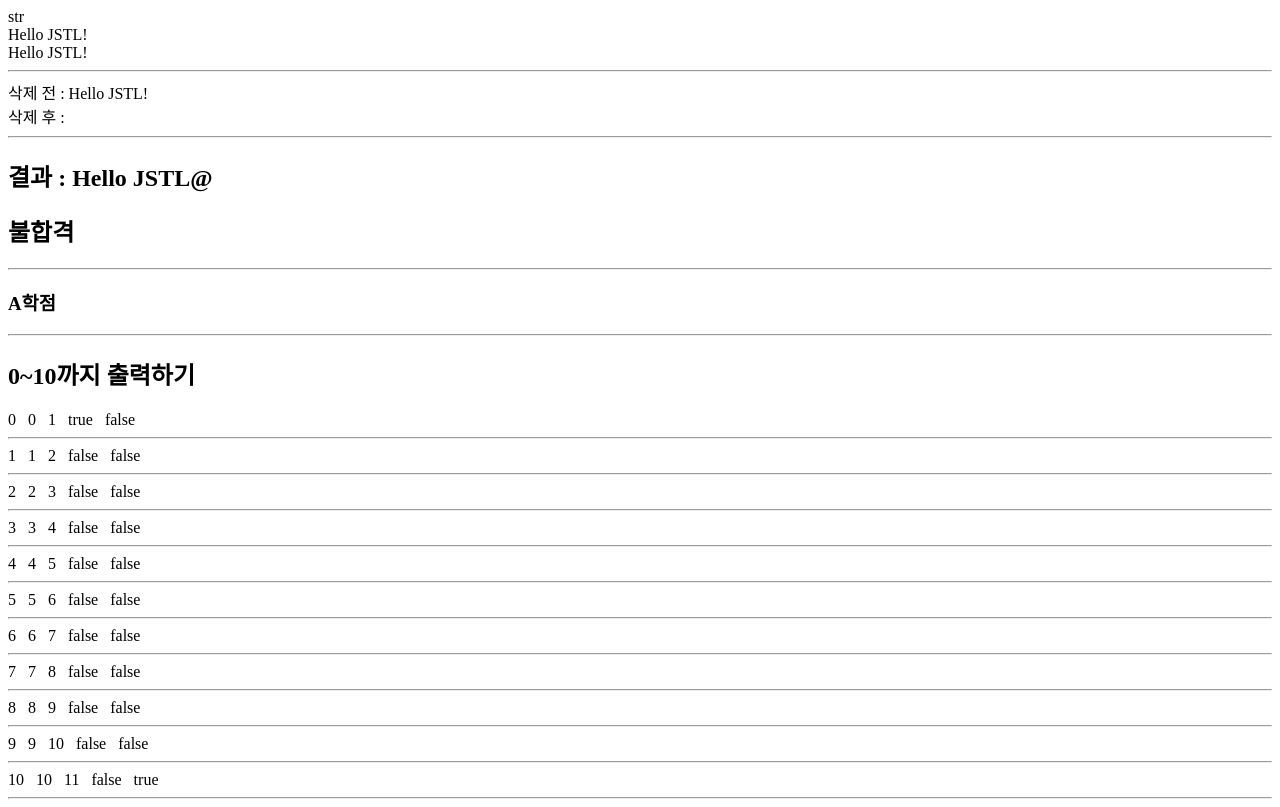
Repository: wjsjsn/23_jspstudy
Page: http://localhost/02_jsp/view/ex13_JSTL.jsp
An editor plug-in stored every save of this project. The page is shown before and after the next save, followed by the edit.
The browser window is 1280 px wide. The pictures show the whole page.
The page is served by Tomcat 9. Other server files are loaded and not shown.

Above is the page before, as saved 2023-07-06 01:02:22.

### 02_jsp/src/main/webapp/view/ex13_JSTL.jsp
<%@ page language="java" contentType="text/html; charset=UTF-8"
    pageEncoding="UTF-8"%>
    <%@ taglib prefix="c" uri="http://java.sun.com/jsp/jstl/core" %>
    <%@ taglib prefix="fmt" uri="http://java.sun.com/jsp/jstl/fmt" %>
<!DOCTYPE html>
<html>
<head>
<meta charset="UTF-8">
<title>JSTL : JSP 표준 태그 라이브러리</title>
</head>
<body>
<%--
	1. 라이브러리 다운 받아서 해당 프로젝트에 넣기(tomcat.apache.org)
	2. 다운받은 라이브러리를 WEB-INF 안에 lib 폴더 안에 넣기
	3. 지시어 중 taglib를 선언하고 정의하기
	  <%@ taglib prefix="c" uri="http://java.sun.com/jsp/jstl/core" %>
      <%@ taglib prefix="fmt" uri="http://java.sun.com/jsp/jstl/fmt" %>
      - core(코어) : <c: 명령어>
      - fmt(국제화 = 숫자, 날짜) : <fmt: 명령어>
 --%>

 <%-- 변수 생성 및 데이터 저장 : 기본이 pageContext에 저장됨 --%>
 <%-- 변수 생성(set) => <c:set var="변수 명" value="데이터" /> --%>
 <c:set var="str" value="Hello JSTL!" />

 <%-- 변수 출력(out) => <c:out value="출력할 내용 또는 EL 표시(변수값 출력)" /> --%>
 <c:out value=" str" /><br>
 <c:out value="${str}" /><br>
 ${str}<br>
<hr>

삭제 전 : ${str}<br>
<%-- EL 사용하는 거 아님(value값이 아니라서) --%>
<c:remove var="str"/>
삭제 후 : ${str}<br>
<hr>

<%--
	if문 : esle문이 없음
	       조건식이 참일 때만 실행
            <c:if test="조건식(관계연산, 비교연산 => EL 방식으로 작성)" var="변수">
            	조건식이 참일 때 실행할 내용
            </c:if>
 --%>
<c:if test="${4>3}">
	<h2> 결과 : Hello JSTL@</h2>
</c:if>

<%-- avg가 80 이상이면 합격 --%>
<c:set var="avg" value="79"></c:set>
<c:if test="${avg >= 80}">
	<h2>합격</h2>
</c:if>
<c:if test="${avg < 80}">
	<h2>불합격</h2>
</c:if>
<hr>

<%--
	if문은 esle가 없어서 불편할 때가 있음
	이것을 대신하는 것이 choose문
	switch문과 비슷
	 <c:choose >
	 	<c:when test="조건식(관계연산, 비교연산) => EL 방식으로 작성">참일 때 실행</c:when>
	 	<c:when test="조건식(관계연산, 비교연산) => EL 방식으로 작성">참일 때 실행</c:when>
	 	<c:when test="조건식(관계연산, 비교연산) => EL 방식으로 작성">참일 때 실행</c:when>
	 	<c:when test="조건식(관계연산, 비교연산) => EL 방식으로 작성">참일 때 실행</c:when>
	 	<c:otherwise>
	 		나머지(위의 모든 조건이 아닐 때)실행
	 	</c:otherwise>
	 </c:choose>
 --%>
 	<%--
 		avg2의 점수가 90점 이상이면 A학점, 80점 이상이면 B학점, 70점 이상이면 C학점
 		나머지는 F학점
 	 --%>
 	<c:set var="avg2" value="93" />
 	<h3>
 	<c:choose>
 		<c:when test="${avg2 >= 90 }">A학점</c:when>
 		<c:when test="${avg2 >= 80 }">B학점</c:when>
 		<c:when test="${avg2 >= 70 }">C학점</c:when>
 		<c:otherwise>F학점</c:otherwise>
 	</c:choose>
 	</h3>
 	<hr>
 	<%--
 		for문
 		1. 일반적인 for문
		 	 <c:forEach begin="시작값" end="끝값" step="증가/감소 단계"
		 		 var="변수 이름" varStatus="변수 상태값(index값)">
		 	 			반복 내용 ${변수 이름}
		 	 </c:forEach>

 	 2. 개선된 for문
		 	 <c:forEach var="변수 이름" items="${배열 또는 컬렉션}" varStatus="변수 상태값(index값)">
		 	 		반복 내용 ${변수 이름}
		 	 </c:forEach>
 	 --%>

 	 <h2>0~10까지 출력하기</h2>
 	 <c:forEach begin="0" end="10" step="1" var="k" varStatus="vs">
 	 		${k} &nbsp;&nbsp;${vs.index} &nbsp;&nbsp;${vs.count} &nbsp;&nbsp;${vs.first} &nbsp;&nbsp;${vs.last} &nbsp;&nbsp; <br>
 	 		<hr>
 	 </c:forEach>
</body>
</html>

After the next save:
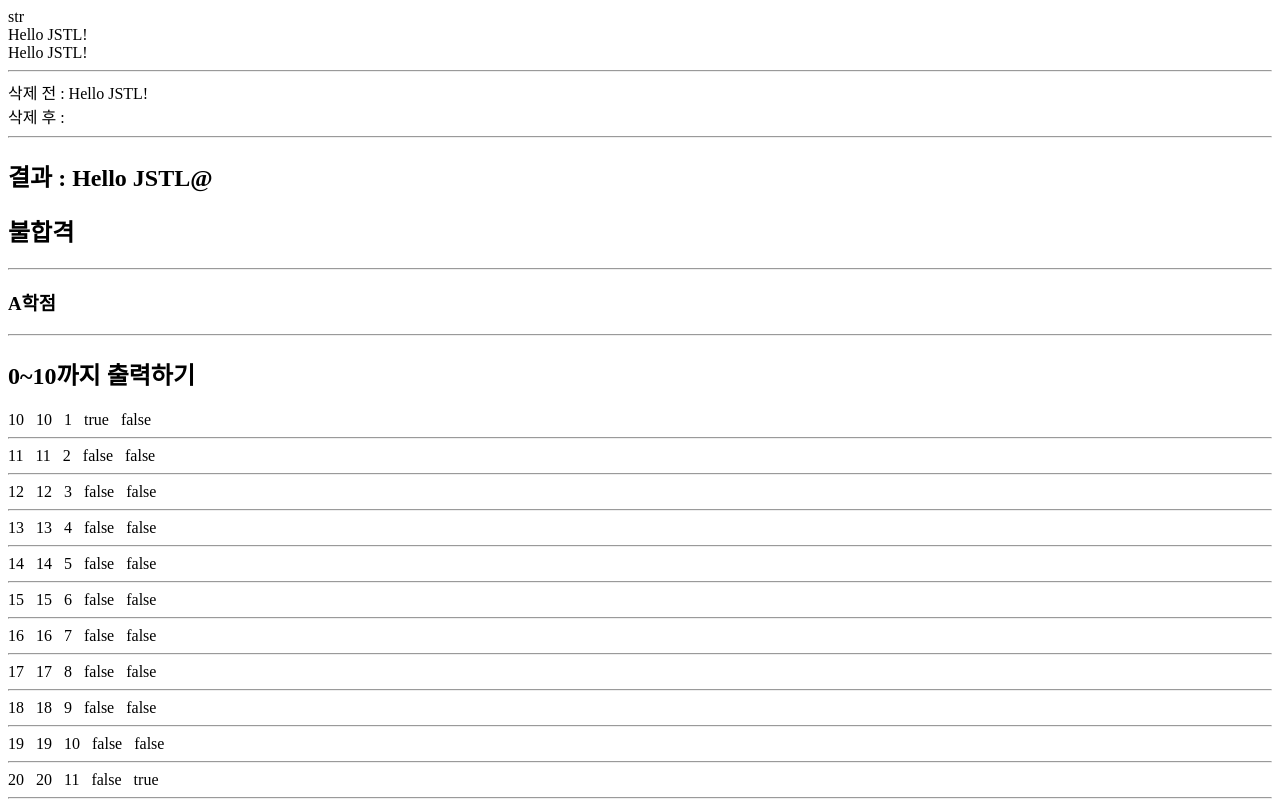
Saved 66 s later.
--- a/02_jsp/src/main/webapp/view/ex13_JSTL.jsp
+++ b/02_jsp/src/main/webapp/view/ex13_JSTL.jsp
@@ -99,7 +99,7 @@
  	 --%>
 
  	 <h2>0~10까지 출력하기</h2>
- 	 <c:forEach begin="0" end="10" step="1" var="k" varStatus="vs">
+ 	 <c:forEach begin="10" end="20" step="1" var="k" varStatus="vs">
  	 		${k} &nbsp;&nbsp;${vs.index} &nbsp;&nbsp;${vs.count} &nbsp;&nbsp;${vs.first} &nbsp;&nbsp;${vs.last} &nbsp;&nbsp; <br>
  	 		<hr>
  	 </c:forEach>
